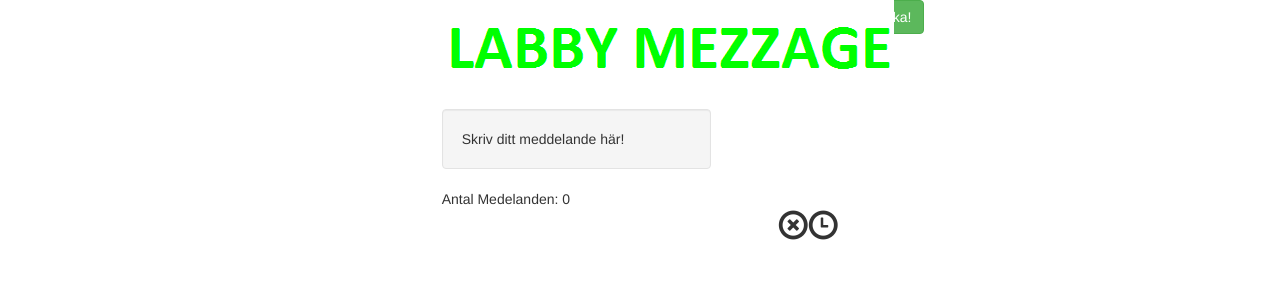
Repository: mc22dg/1dv403-laborationer
Page: 2-labbymezzage/index.html
The author's editor kept a record of every edit. The page is drawn from the files as they stood at one moment, then again after the next edit.
The browser window is 1280 px wide. The pictures show the whole page.

Above is the page before.
Console error (its wording comes from the project's code and is left out).

After the next edit:
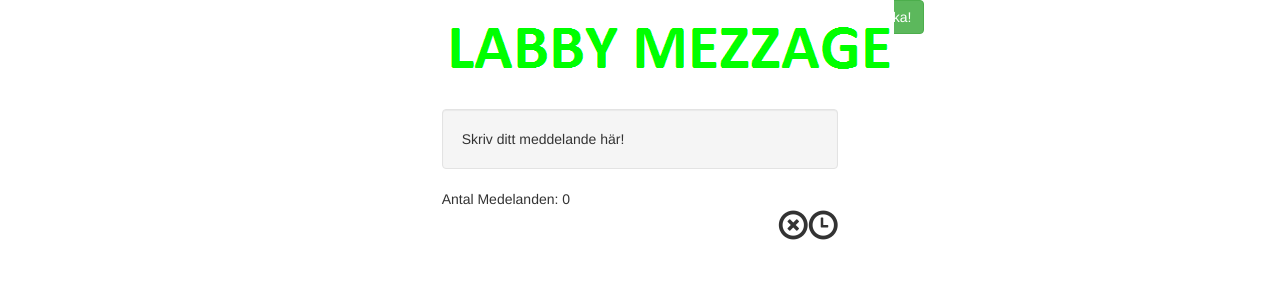
The edit:
--- a/2-labbymezzage/style.css
+++ b/2-labbymezzage/style.css
@@ -6,7 +6,7 @@
 }
 
 .well{
-width: 68%;
+
 
 }
 
